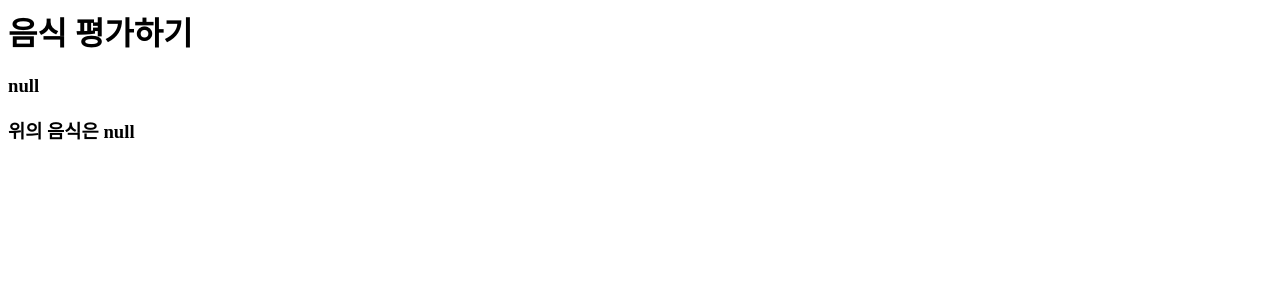
Repository: steeveelee2/WEB_Study
Page: http://localhost/servlet1Project/test4Ack.do
The author's editor kept a copy of each file at every save. The page is drawn from the files as they stood at one save, then again after the next save.
The browser window is 1280 px wide. The pictures show the whole page.
The page is served by Tomcat 9.

Above is the page before, as saved 2018-10-10 05:39:43.

After the next save:
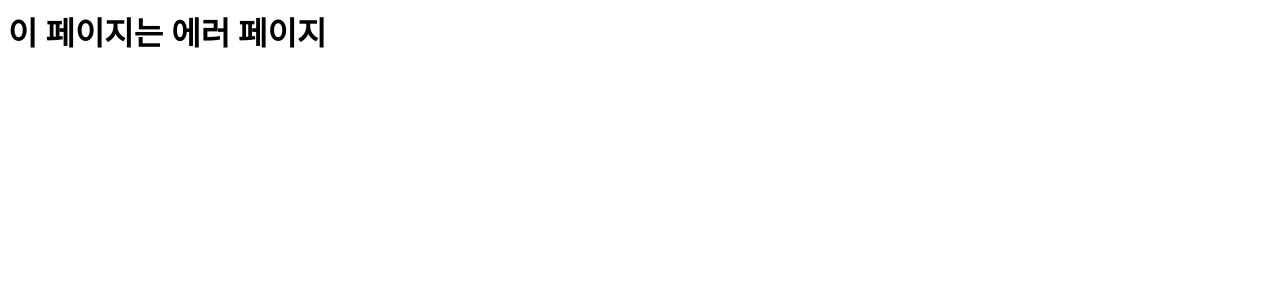
Saved 30 s later.
--- a/webWorkspace/servlet1Project/src/controller/Test4AckServlet.java
+++ b/webWorkspace/servlet1Project/src/controller/Test4AckServlet.java
@@ -38,9 +38,7 @@ public class Test4AckServlet extends HttpServlet {
 
 		// 3. 스트림에 내용 출력하기
 		out.println("<html><head><title>에러 페이지</title></head><body>");
-		out.println("<h1>음식 평가하기</h1>");
-		out.println("<h3>"+request.getParameter("menu")+"</h3>");
-		out.println("<h3>위의 음식은 "+request.getAttribute("mat")+"</h3>"); // setAttribute로 넘긴건 getAttribute로 받는다
+		out.println("<h1>이 페이지는 에러 페이지</h1>");
 		out.println("</body></html>");
 
 		out.flush();
